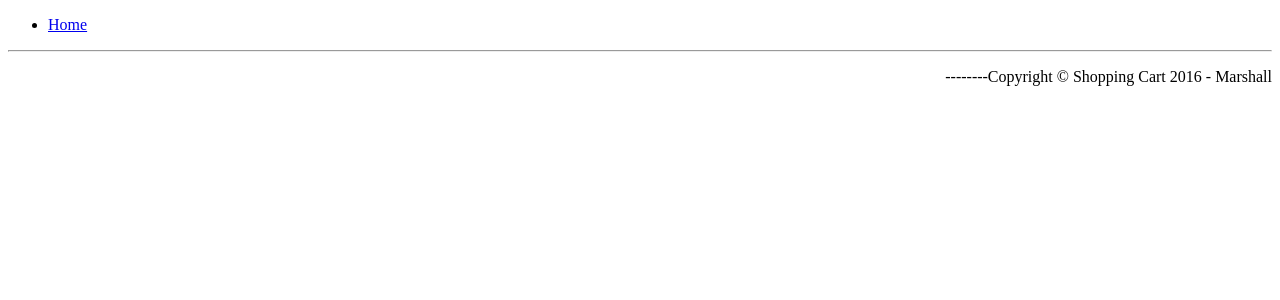
Repository: AravindMarshall/ShoppingCart
Page: http://localhost/Phineas/Register.jsp
An editor plug-in stored every save of this project. The page is shown before and after the next save, followed by the edit.
The browser window is 1280 px wide. The pictures show the whole page.
The page is served by Tomcat 9.

Above is the page before, as saved 2016-06-12 18:18:44.

After the next save:
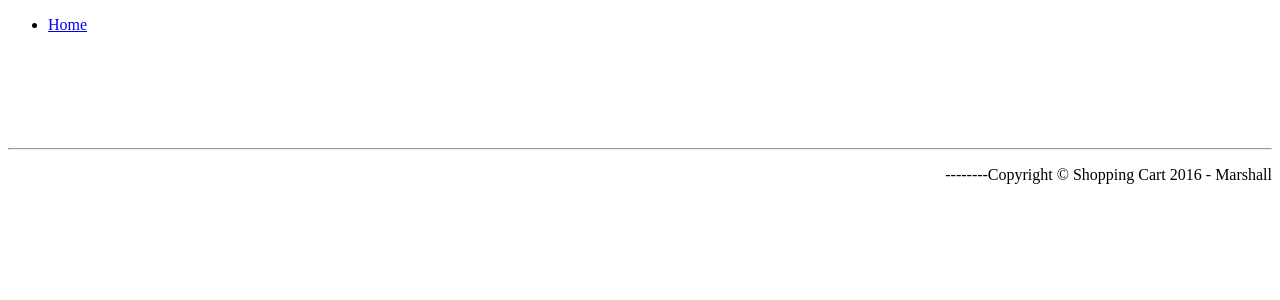
Saved 26 s later.
--- a/NIIT Shopping Cart/Phineas/WebContent/Register.jsp
+++ b/NIIT Shopping Cart/Phineas/WebContent/Register.jsp
@@ -18,6 +18,8 @@
                 </ul>
             </div>
 
+<br><br><br><br><br>
+
         <!-- Footer -->
         <footer>
             <div class="row">
